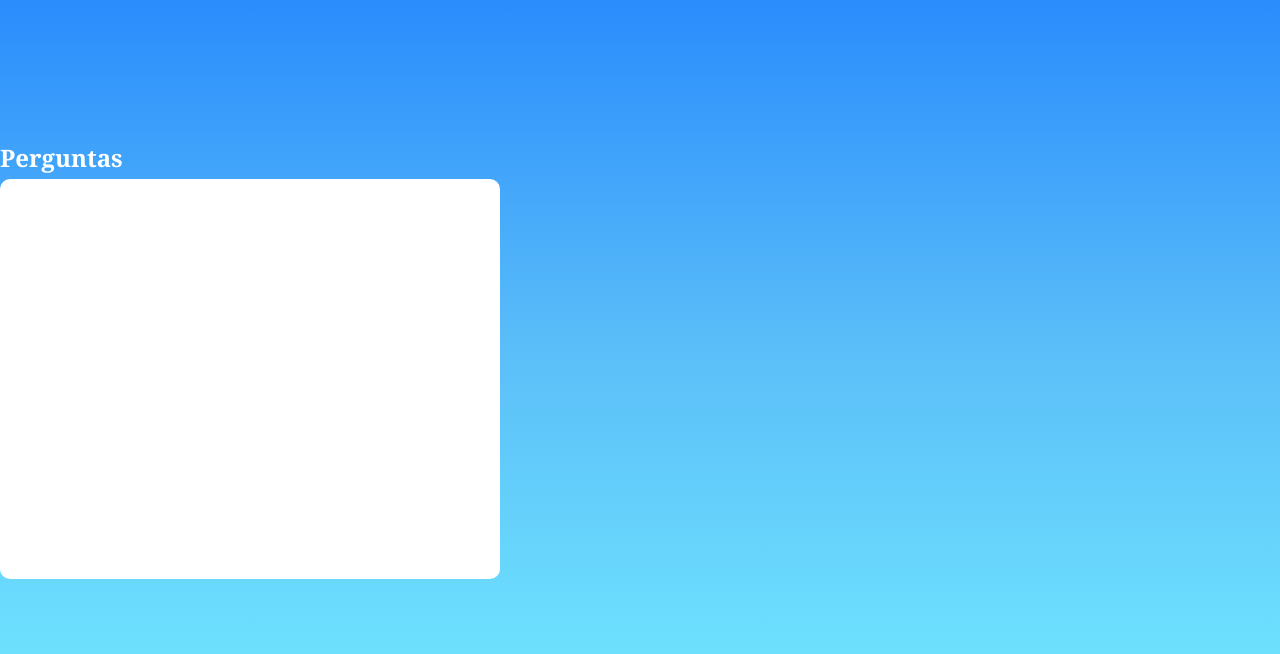
Repository: LaisSilvaO/Projeto-Quizz
Page: telas/index.html
The author's editor kept a copy of each file at every save. The page is drawn from the files as they stood at one save, then again after the next save.
The browser window is 1280 px wide. The pictures show the whole page.

Above is the page before, as saved 2024-12-24 14:28:07.
Not found: telas/script.js

### telas/index.html
<!DOCTYPE html>
<html lang="pt-br">

<head>
    <meta charset="UTF-8">
    <meta name="viewport" content="width=device-width, initial-scale=1.0">
    <title>Perguntas</title>
    <link rel="stylesheet" href="../img/tela.css">
</head>

<body>
    <h2> Perguntas</h2>
    <main>
        <div class="content">
            <span class="qtddquestao"></span>
            <span class="questao"></span>
            <div class="resposta"></div>
        </div>
        <div class="final">
            <span></span>
            <button>Reiniciar Jogo</button>
        </div>
    </main>



    <script src="script.js" type="module"></script>
</body>

</html>

### img/tela.css
* {
  margin: 0;
  padding: 0;
  box-sizing: border-box;
  font-family: Cambria, Cochin, Georgia, Times, 'Times New Roman', serif;
}

body {
  height: 100vh;
  display: flex;
  justify-content: center;
  flex-direction: column;
  gap: 5px;
  background: linear-gradient(180deg, rgba(19, 128, 252, 0.9) 0%, rgba(80, 187, 248, 0.932), rgba(103, 230, 255, 0.932) 100%);
}

body h2 {
  color: white;
}

main {
  background-color: white;
  padding: 10px;
  border-radius: 10px;
  width: 100%;
  max-width: 500px;
  min-height: 400px;
  display:flex;
  align-items: center;
  justify-content: center;
}

.content {
  display: flex;
  flex-direction: column;
  width: 100px;
  gap: 10px;
}

.qtddquestao {
  text-align: end;
}

.resposta {
  display: flex;
  flex-direction: column;
  gap: 5px;
}

button {
  width: 100px;
  text-align: start;
  padding: 5px;
  border: none;
  border-radius: 5px;
  cursor: pointer;
  background-color: grey;
  color: white;
}

.final {
  display: none;
  flex-direction: column;
  gap: 10px;
}

After the next save:
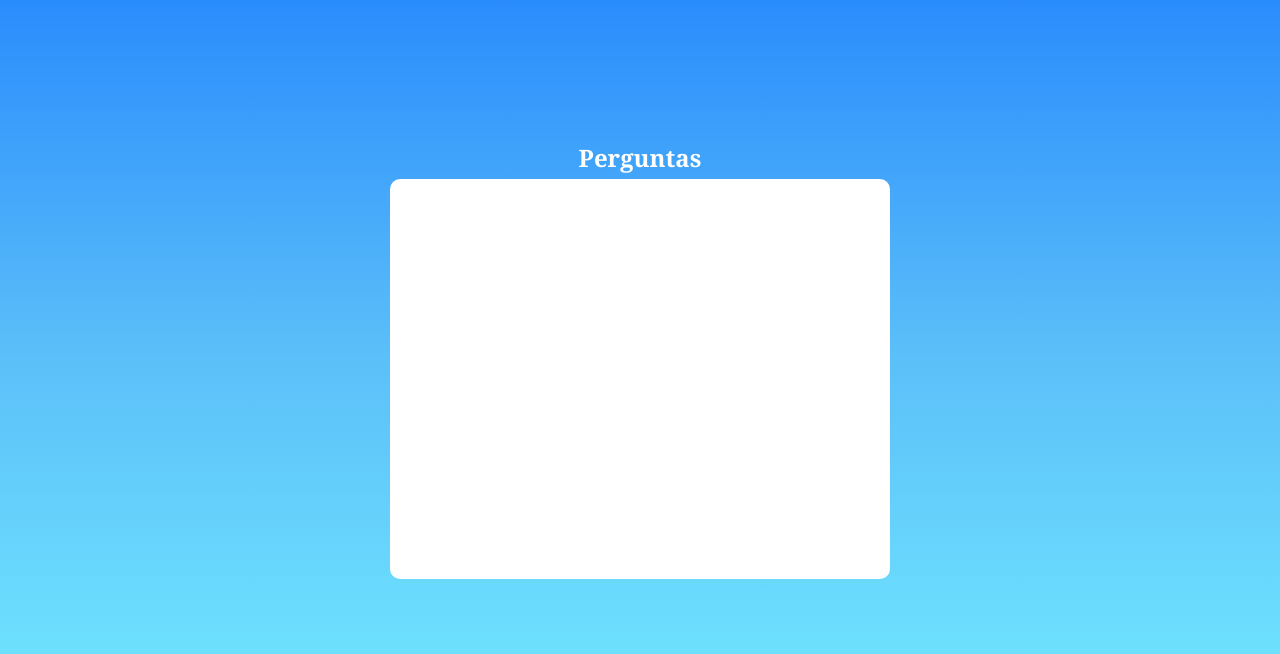
Saved 6 min 0 s later.
--- a/img/tela.css
+++ b/img/tela.css
@@ -10,6 +10,8 @@ body {
   display: flex;
   justify-content: center;
   flex-direction: column;
+  flex-wrap: wrap;
+  align-items: center;
   gap: 5px;
   background: linear-gradient(180deg, rgba(19, 128, 252, 0.9) 0%, rgba(80, 187, 248, 0.932), rgba(103, 230, 255, 0.932) 100%);
 }
